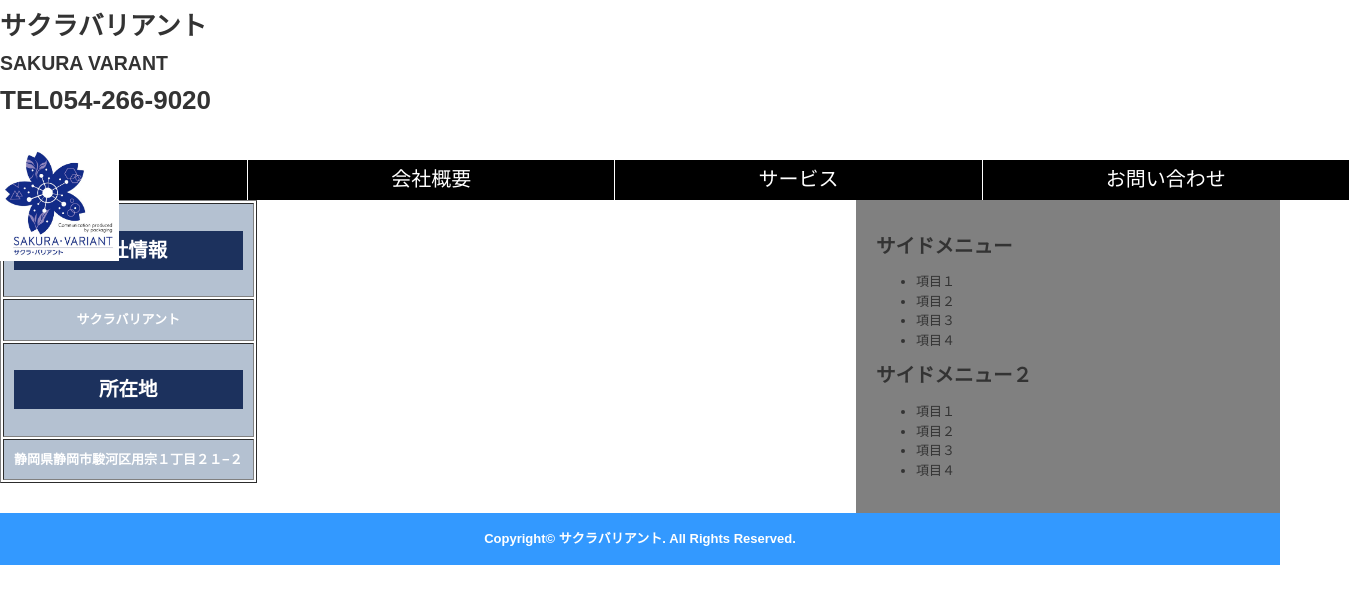
Repository: sakusyou69/homepage
Page: index.java3.html
The author's editor kept a record of every edit. The page is drawn from the files as they stood at one moment, then again after the next edit.
The browser window is 1280 px wide. The page is 1349 px wide, so the pictures cover 1349 px, including what lies to the right of the window. The pictures show the whole page.

Above is the page before.

After the next edit:
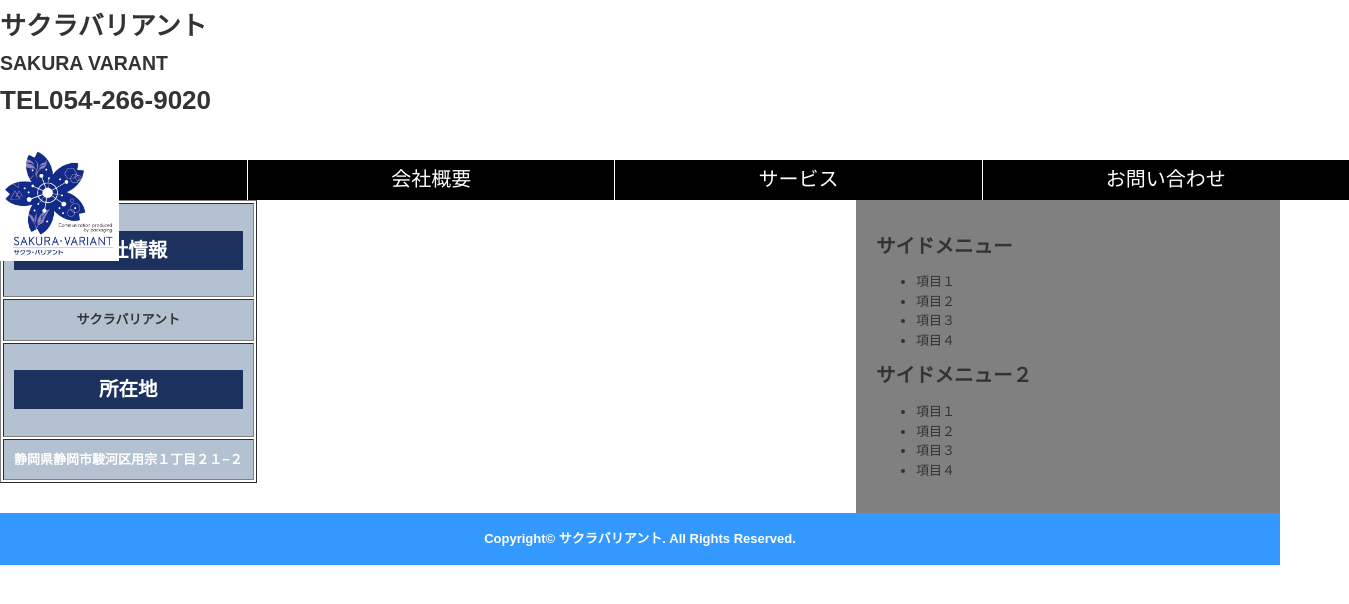
The edit:
--- a/index.java3.html
+++ b/index.java3.html
@@ -57,7 +57,7 @@
 
         </tr>
         <tr>
-         <th><font color="white">サクラバリアント</font></th>
+         <th>サクラバリアント</th>
 
 
         </tr>
